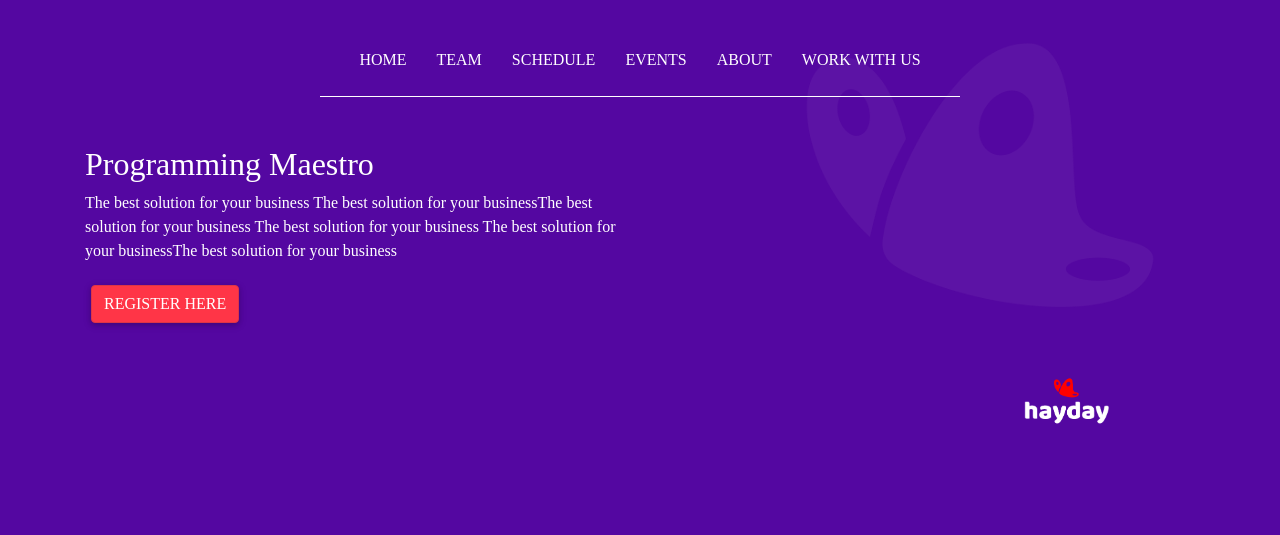
Repository: im1971/company-web
Page: event.html
The author's editor kept a copy of each file at every save. The page is drawn from the files as they stood at one save, then again after the next save.
The browser window is 1280 px wide. The pictures show the whole page.
Some web fonts or font styles are not loaded; a fallback is used.

Above is the page before, as saved 2020-01-28 13:48:51.

After the next save:
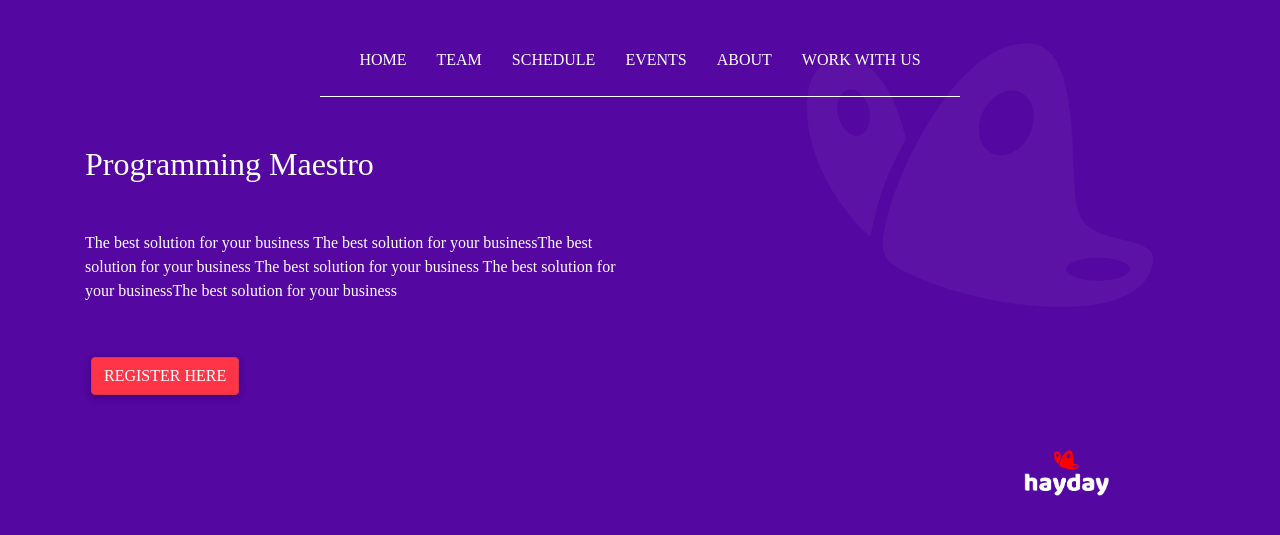
Saved 50 s later.
--- a/event.html
+++ b/event.html
@@ -60,8 +60,8 @@
                 <div class="row justify-content-center">
                     <div class="event_wrap">
                         <div class="col-md-6">
-                            <h2 class="title">Programming Maestro</h2>
-                            <p class="subtitle">
+                            <h2 class="title mb-5">Programming Maestro</h2>
+                            <p class="subtitle mb-5">
                                 The best solution for your business The best solution for your businessThe best solution for your business The best solution for your business The best solution for your businessThe best solution for your business
                             </p>
                             <button class="btn btn-danger">Register Here</button>
